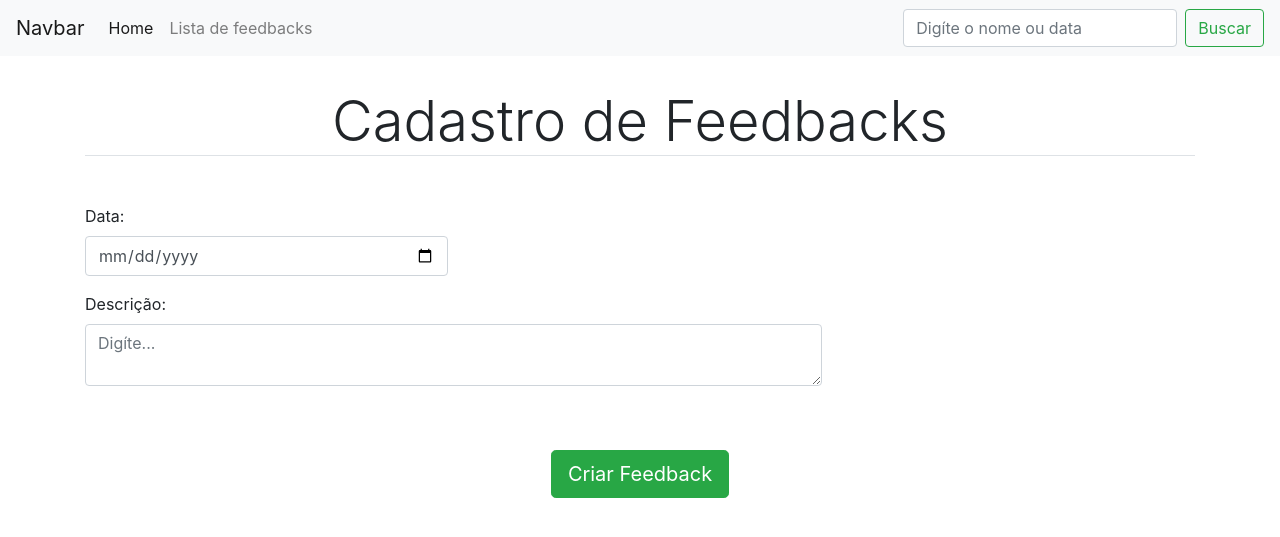
Repository: JulioSantooz/maisViagensSegundaVersao
Page: java-web(eclipse)/java-crud-mais-viagens/src/main/webapp/descricao.html
An editor plug-in stored every save of this project. The page is shown before and after the next save, followed by the edit.
The browser window is 1280 px wide. The pictures show the whole page.
Some web libraries are served in a nearby version.

Above is the page before, as saved 2022-02-06 15:16:24.

### java-web(eclipse)/java-crud-mais-viagens/src/main/webapp/descricao.html
<!DOCTYPE html>
<html>
<head>
<meta charset="ISO-8859-1">
<link rel="stylesheet" href="https://maxcdn.bootstrapcdn.com/bootstrap/4.0.0/css/bootstrap.css">
<title>+Viagens - Feedbacks</title>
</head>
<body>

<nav class="navbar navbar-expand-lg navbar-light bg-light">
  <a class="navbar-brand" href="#">Navbar</a>
  <button class="navbar-toggler" type="button" data-toggle="collapse" data-target="#navbarSupportedContent" aria-controls="navbarSupportedContent" aria-expanded="false" aria-label="Toggle navigation">
    <span class="navbar-toggler-icon"></span>
  </button>

  <div class="collapse navbar-collapse" id="navbarSupportedContent">
    <ul class="navbar-nav mr-auto">
      <li class="nav-item active">
        <a class="nav-link" href="index.html">Home <span class="sr-only">(current)</span></a>
      </li>
      <li class="nav-item">
        <a class="nav-link" href="#">Lista de feedbacks</a>
      </li>
    </ul>
    <form class="form-inline my-2 my-lg-0">
      <input name="pesquisa" class="form-control mr-sm-2" type="search" placeholder="Digíte o nome ou data" aria-label="Search">
      <button class="btn btn-outline-success my-2 my-sm-0" type="submit">Buscar</button>
    </form>
  </div>
</nav>

<main class="container text-center mt-3">
	<div class="row">
		<div class="col-12">
			<h1 class="display-4 my-3 border-bottom">Cadastro de Feedbacks</h1>
			<form action="CreateAndFind" method="POST">
                <div class="form-row mt-5 d-flex flex-column">
                    <div class="form-group col-4">
                        <label for="" class="float-left">Data:</label>
                        <input type="date" class="form-control" id="">
                    </div>
                    <div class="form-group col-8">
                        <label for="" class="float-left">Descrição:</label>
                        <textarea class="form-control" id="" placeholder="Digíte..."></textarea>
                    </div>
                </div>
                <button type="submit" class="btn btn-lg btn-success my-5">Criar Feedback</button>
            </form>
		</div>
	</div>
</main>


<script src="https://code.jquery.com/jquery-3.2.1.slim.min.js"></script>
<script src="https://cdnjs.cloudflare.com/ajax/libs/popper.js/1.12.9/umd/popper.min.js"></script>
<script src="https://maxcdn.bootstrapcdn.com/bootstrap/4.0.0/js/bootstrap.js"></script>

</body>
</html>

After the next save:
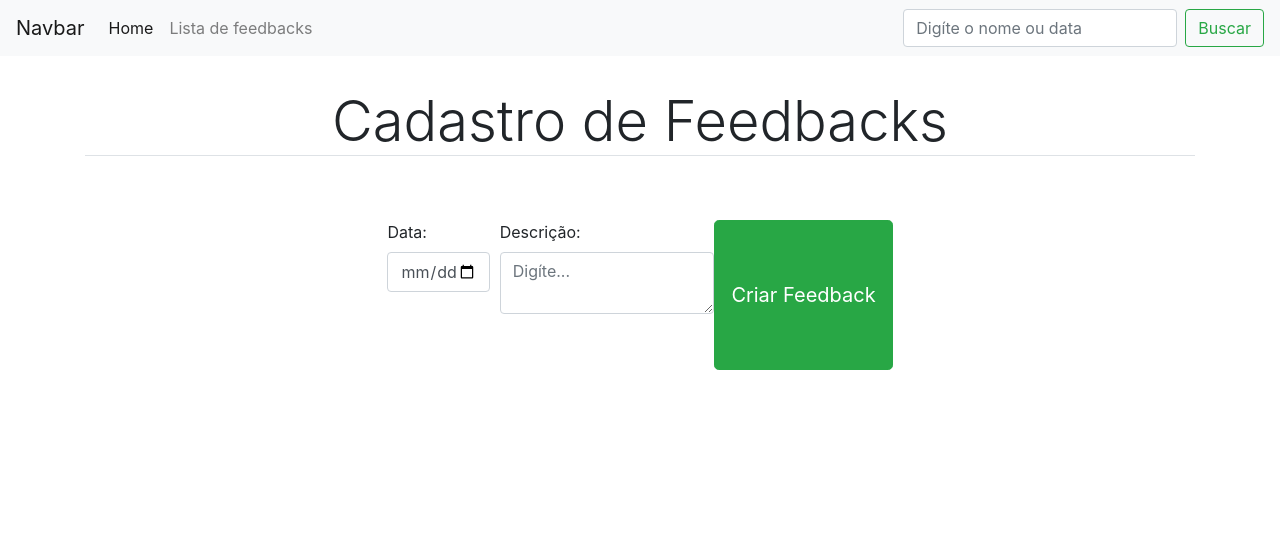
Saved 25 s later.
--- a/java-web(eclipse)/java-crud-mais-viagens/src/main/webapp/descricao.html
+++ b/java-web(eclipse)/java-crud-mais-viagens/src/main/webapp/descricao.html
@@ -33,7 +33,7 @@
 	<div class="row">
 		<div class="col-12">
 			<h1 class="display-4 my-3 border-bottom">Cadastro de Feedbacks</h1>
-			<form action="CreateAndFind" method="POST">
+			<form action="CreateAndFind" method="POST" class="d-flex justify-content-center">
                 <div class="form-row mt-5 d-flex flex-column">
                     <div class="form-group col-4">
                         <label for="" class="float-left">Data:</label>
